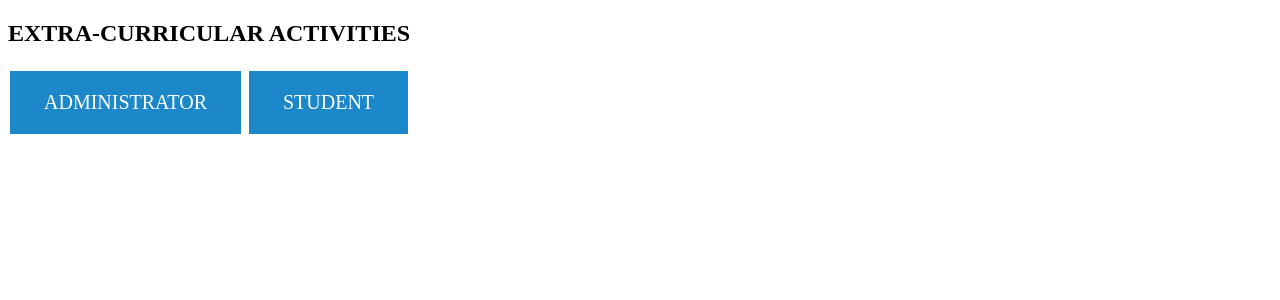
Repository: Malz6/DBMS-ActivityTracking
Page: dbs/WebContent/first.html
These files come from the project's save history. The page is drawn as it stood at one moment and after the next save; the edit follows.
The browser window is 1280 px wide. The pictures show the whole page.

Above is the page before, as saved 2019-12-11 10:44:57.

After the next save:
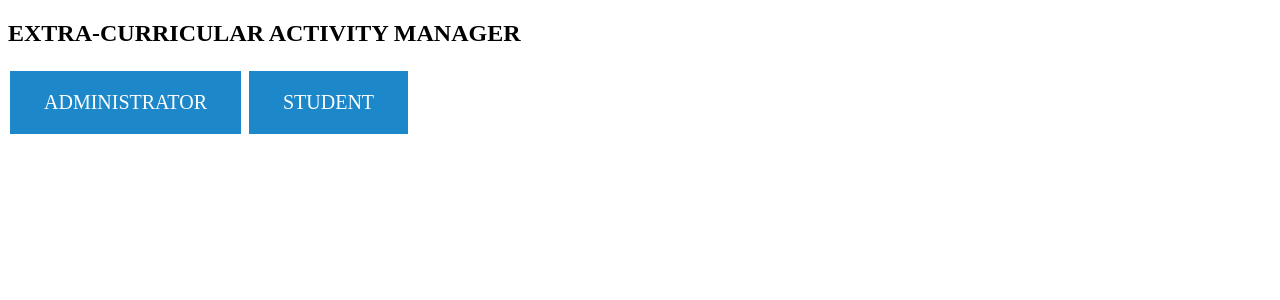
Saved 9 min 10 s later.
--- a/dbs/WebContent/first.html
+++ b/dbs/WebContent/first.html
@@ -18,7 +18,7 @@
       </style>
    </head>
    <body>
-   	  <h2>EXTRA-CURRICULAR ACTIVITIES</h2>
+   	  <h2>EXTRA-CURRICULAR ACTIVITY MANAGER</h2>
       <a href="admin.html" class="button">ADMINISTRATOR</a>
       <a href="student.html" class="button">STUDENT</a>
    </body>
